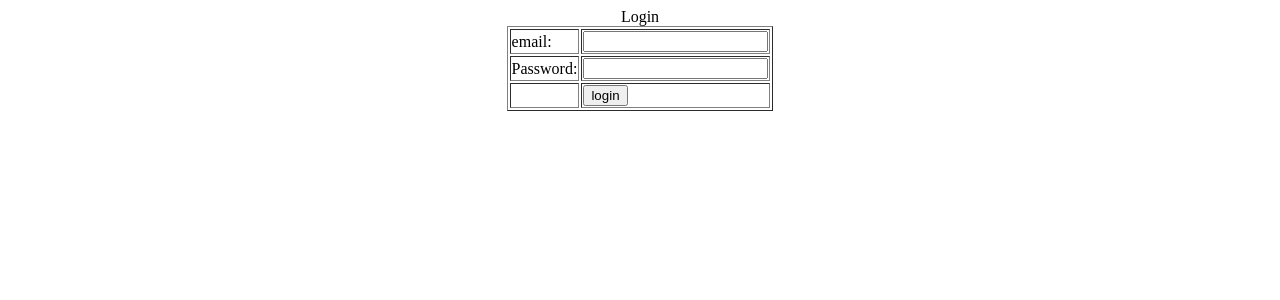
Repository: MorPhingG/JavaWeb
Page: http://localhost/Login/Login.jsp
An editor plug-in stored every save of this project. The page is shown before and after the next save, followed by the edit.
The browser window is 1280 px wide. The pictures show the whole page.
The page is served by Tomcat 9.

Above is the page before, as saved 2016-04-24 16:24:39.

### Login/WebContent/Login.jsp
<%@ page language="java" import="java.util.*" pageEncoding="UTF-8"%>
<%
String path = request.getContextPath();
String basePath = request.getScheme()+"://"+request.getServerName()+":"+request.getServerPort()+path+"/";
%>

<!DOCTYPE HTML PUBLIC "-//W3C//DTD HTML 4.01 Transitional//EN">
<html>
  <head>
    <base href="<%=basePath%>">

    <title>Login</title>

	<meta http-equiv="pragma" content="no-cache">
	<meta http-equiv="cache-control" content="no-cache">
	<meta http-equiv="expires" content="0">
	<meta http-equiv="keywords" content="keyword1,keyword2,keyword3">
	<meta http-equiv="description" content="This is my page">
	<!--
	<link rel="stylesheet" type="text/css" href="styles.css">
	-->

  </head>

  <body>
    <center>
    Login<br>
 	<form action = "LoginSuccess.jsp" method="post">
 	<TABLE BORDER="1">
 	<TR>
 		<TD>email:</TD>
 		<TD><input type = "text" name = "email"></TD>
 	</TR>
 	<TR>
 		<TD>Password:</TD>
 		<TD><input type = "password" name = "password"></TD>
 	</TR>
 	<TD></TD>
	<TD>
 	<input type="submit" value="login"></TD>
 	</form>
    </center>
  </body>
</html>

After the next save:
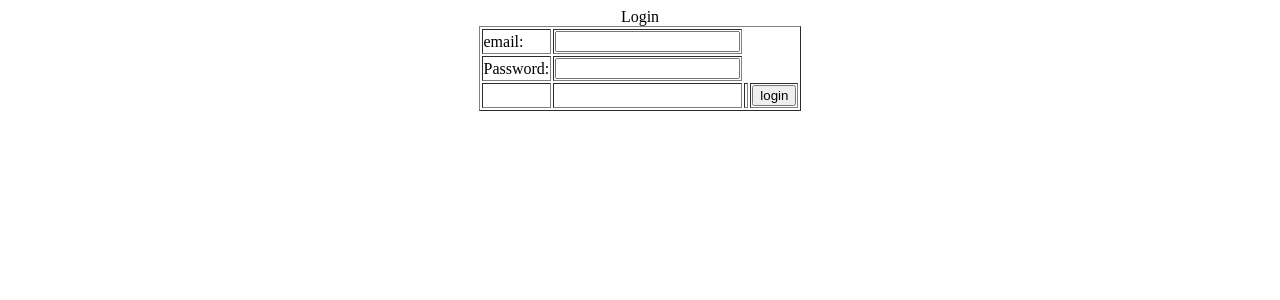
Saved 33 s later.
--- a/Login/WebContent/Login.jsp
+++ b/Login/WebContent/Login.jsp
@@ -36,6 +36,8 @@ String basePath = request.getScheme()+"://"+request.getServerName()+":"+request.
  		<TD><input type = "password" name = "password"></TD>
  	</TR>
  	<TD></TD>
+ 	<TD></TD>
+ 	<TD></TD>
 	<TD>
  	<input type="submit" value="login"></TD>
  	</form>
